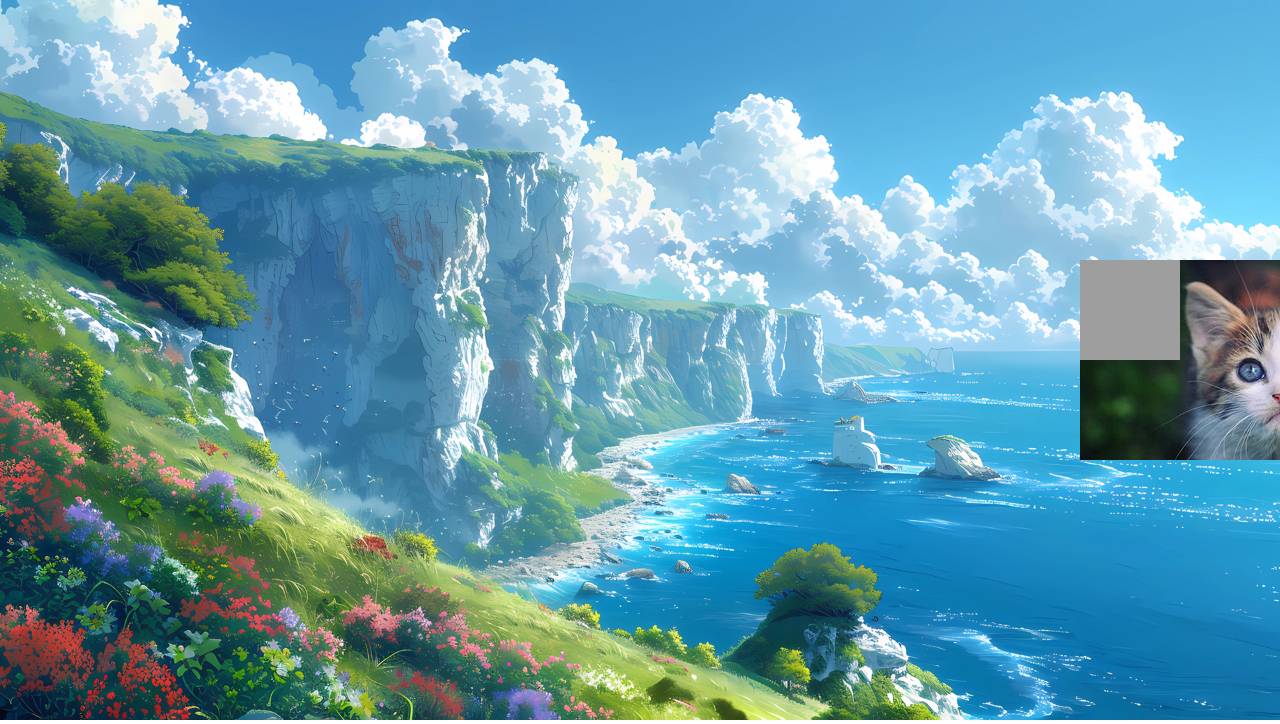
Repository: taoxiaofeng/hello-javascript
Page: master-class/position.html
These files come from the project's save history. The page is drawn as it stood at one moment and after a run of saves; the edit follows.
The browser window is 1280 px wide. The pictures show the whole page.
Pictures or frames that could not be fetched are drawn as grey boxes.

Above is the page before, as saved 2024-07-29 21:59:53.

### master-class/position.html
<!DOCTYPE html>
<html lang="en">

<head>
  <meta charset="UTF-8">
  <meta name="viewport" content="width=device-width, initial-scale=1.0">
  <title>css定位</title>
  <style>
    * {
      margin: 0;
      padding: 0;
      box-sizing: border-box;
    }

    .bg {
      width: 100%;
      height: 100dvh;
    }

    .modal {
      width: 100%;
      height: 100%;
      position: fixed;
      top: 0;
      right: 0;
      bottom: 0;
      left: 0;
      background: rgba(0, 0, 0, 0.5);
    }

    .dog {
      width: 200px;
      height: 200px;
      position: absolute;
      left: 50%;
      top: 50%;
      margin-left: -100px;
      margin-top: -100px;
      /* transform: translate(-50%, -50%); */
    }

    .cat {
      width: 200px;
      height: 200px;
      position: fixed;
      top: 50%;
      right: 0;
      margin-top: -100px;
      background: url('./images/cat.jpg') no-repeat;
    }

   .cat .qrcode {
    width: 100px;
    height: 100px;
    /* margin-left: auto; */
    margin-right: auto;
  }


  </style>
</head>

<body>

  <img class="bg" src="./images/bg.jpg" alt="">
  <!-- <div class="modal">
    <img class="dog" src="./images/dog.jpg" alt="">
  </div> -->

  <div class="cat">
    <img class="qrcode" src="./images/qr-code.webp" alt="">
  </div>
</body>

</html>

After the next 2 saves:
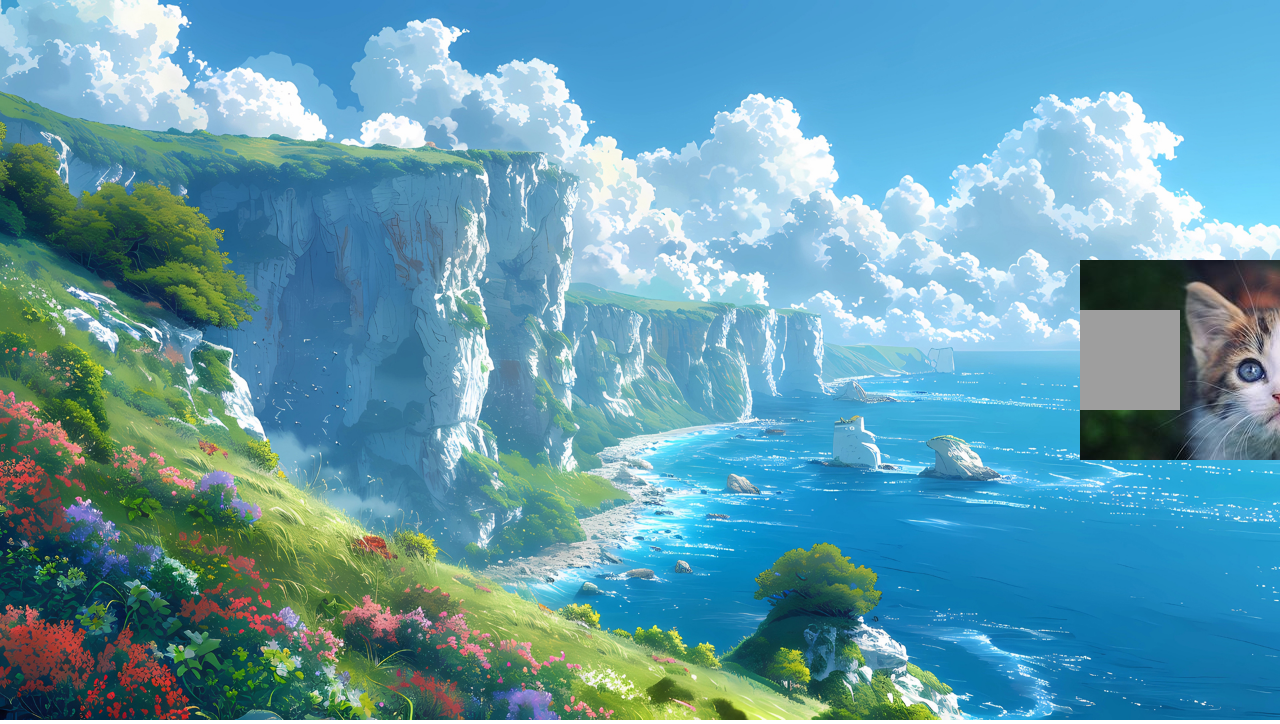
The 2 saves are shown as one change because they came seconds apart.
The last was saved 42 s later.
--- a/master-class/position.html
+++ b/master-class/position.html
@@ -47,13 +47,12 @@
       right: 0;
       margin-top: -100px;
       background: url('./images/cat.jpg') no-repeat;
+      padding-top: 50px;
     }
 
    .cat .qrcode {
     width: 100px;
     height: 100px;
-    /* margin-left: auto; */
-    margin-right: auto;
   }
 
 
